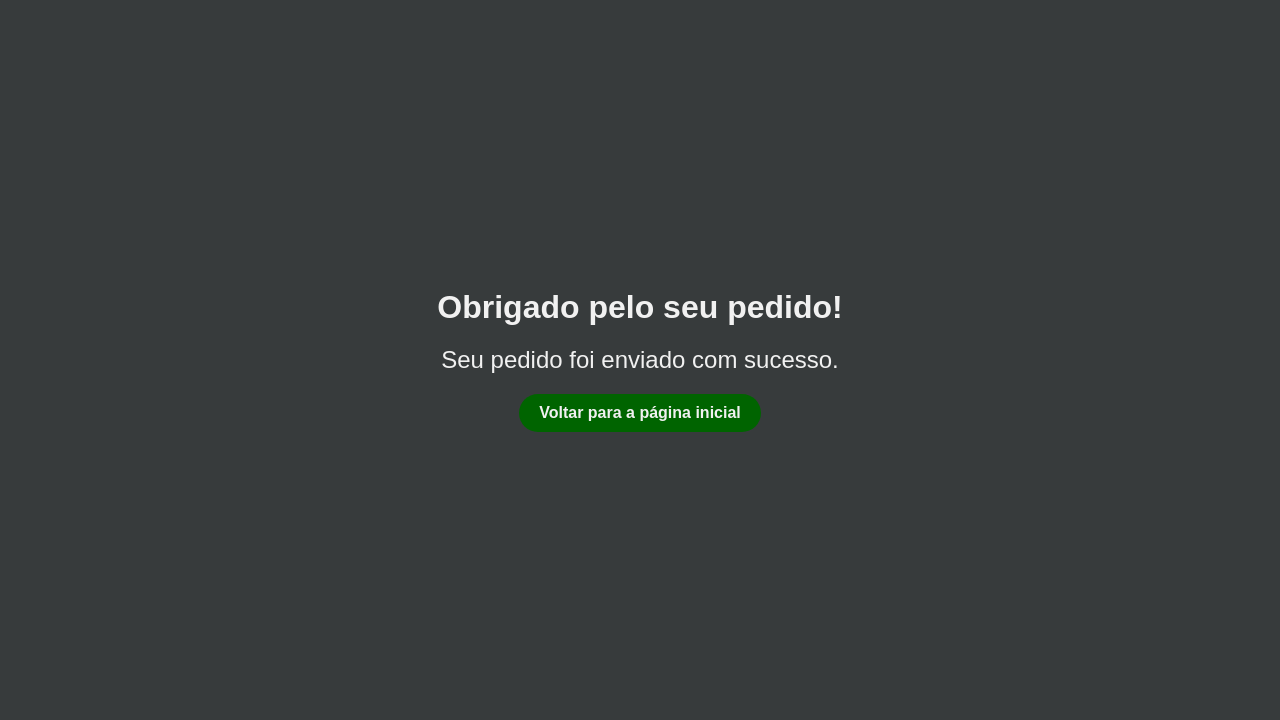
Repository: Marinalr-25/Projeto-Aparelhos-de-Academia
Page: thanks.html
These files come from the project's save history. The page is drawn as it stood at one moment and after the next save; the edit follows.
The browser window is 1280 px wide. The pictures show the whole page.

Above is the page before, as saved 2025-01-14 14:24:15.

After the next save:
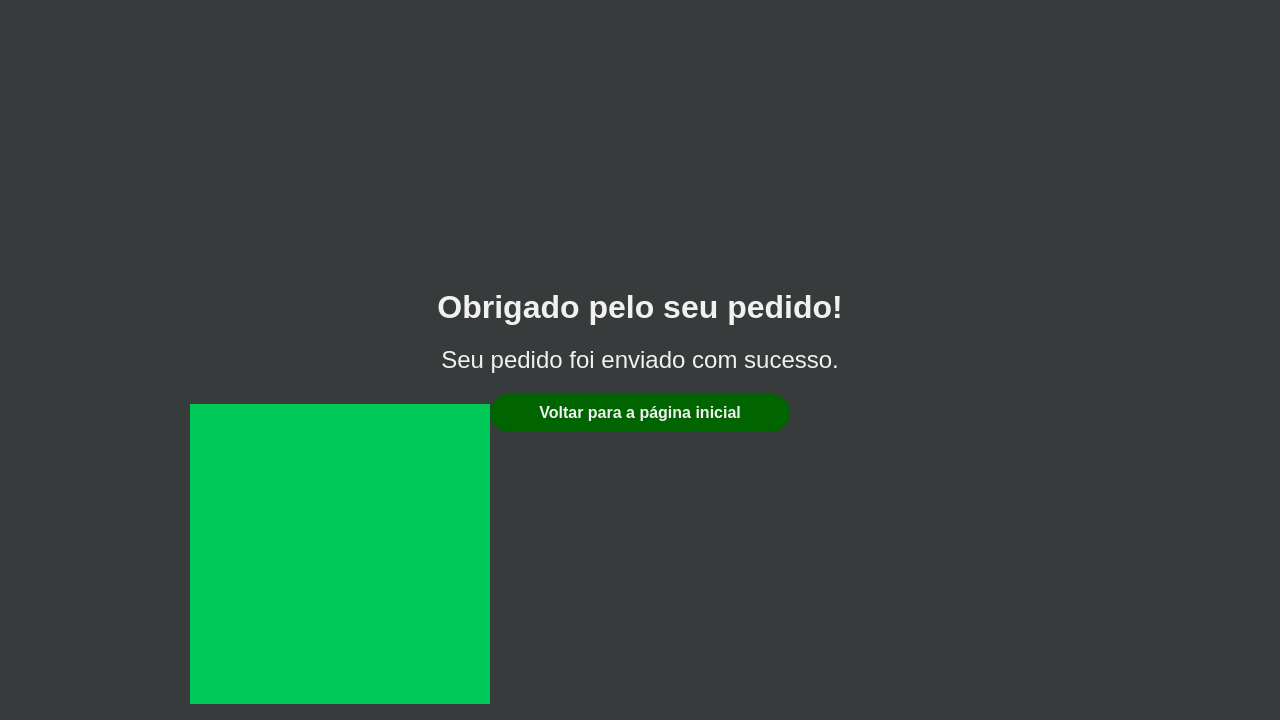
Saved 79 s later.
--- a/css/thanks.css
+++ b/css/thanks.css
@@ -38,25 +38,20 @@
   color: var(--clara);
   position: relative;
   cursor: pointer;
-  transition: all 0.3s;
+  width: 30rem;
+  transition: 0.3s;
 
   &::before {
     content: '';
-    width: 0rem;
-    animation: barra 1s linear;
+    width: 30rem;
+    height: 30rem;
+    position: absolute;
+    background-color: var(--cor-texto);
+    color: var(--cor-fundo);
+    left: -100%;
   }
 
   &:hover {
     background-color: var(--cor-texto);
   }
 }
-
-@keyframes barra {
-  0% {
-    width: 0rem;
-  }
-  100% {
-    width: 100%;
-    background-color: var(--cor-texto);
-  }
-}

After the save that followed:
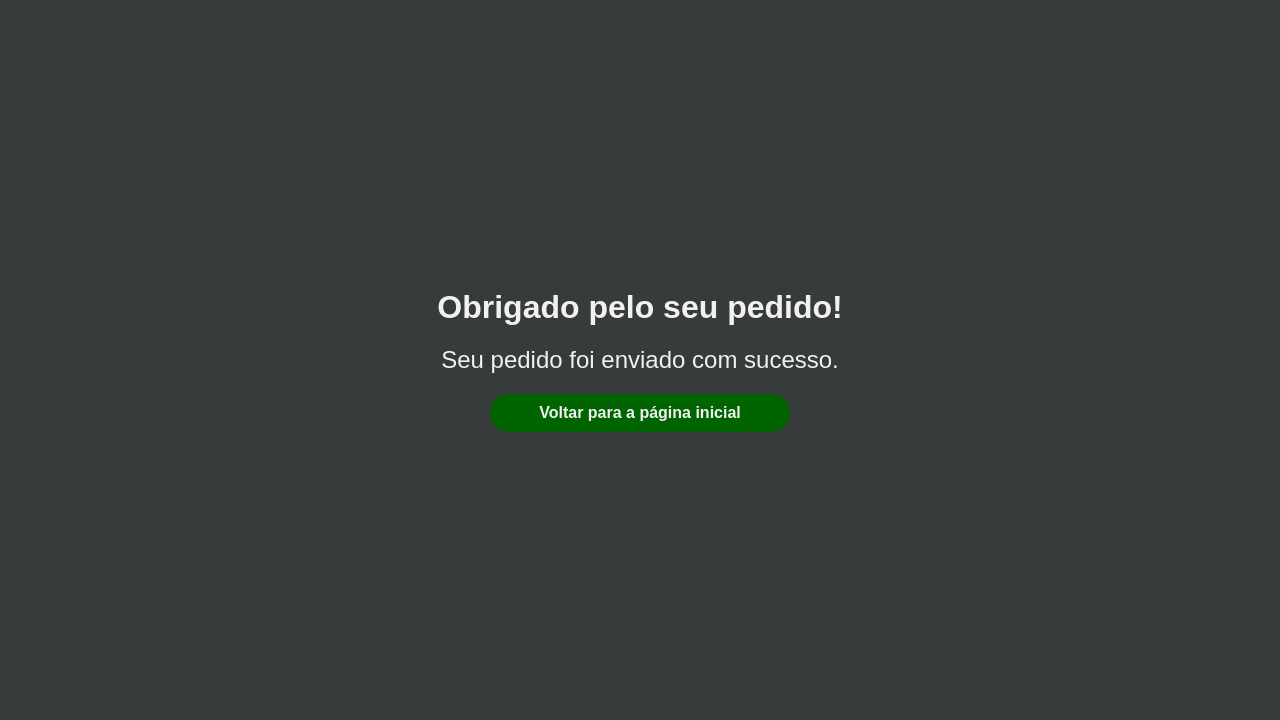
Saved 15 s later.
--- a/css/thanks.css
+++ b/css/thanks.css
@@ -39,6 +39,7 @@
   position: relative;
   cursor: pointer;
   width: 30rem;
+  overflow: hidden;
   transition: 0.3s;
 
   &::before {
